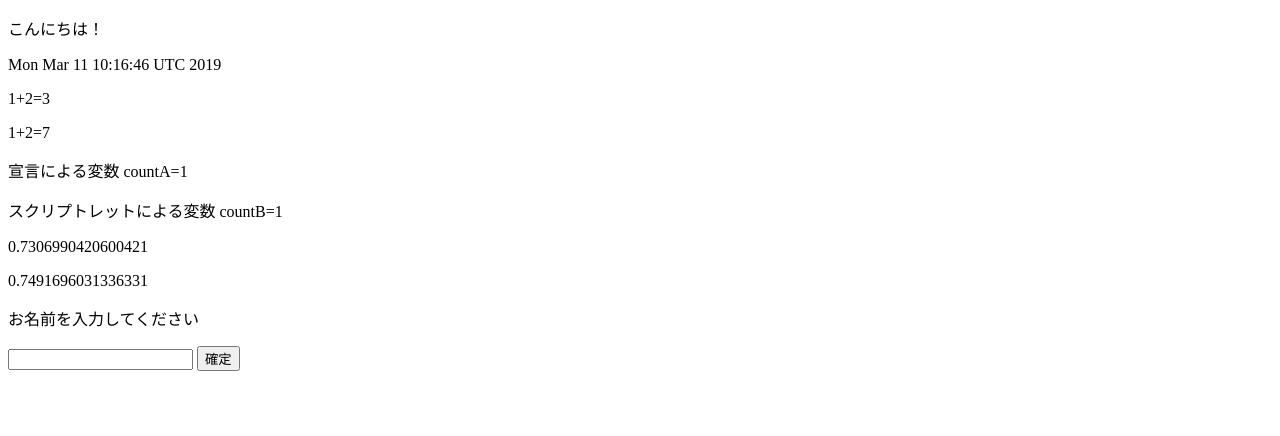
Repository: izumiisme/test
Page: http://localhost/HelloJSP/
An editor plug-in stored every save of this project. The page is shown before and after a run of saves, followed by the edit.
The browser window is 1280 px wide. The pictures show the whole page.
The page is served by Tomcat 9.

Above is the page before, as saved 2019-03-11 11:28:03.

### HelloJSP/WebContent/index.jsp
<%@ page language="java" contentType="text/html; charset=UTF-8"
    pageEncoding="UTF-8"%>
<!DOCTYPE html>
<html>
<head>
<meta charset="UTF-8">
<title>TEST</title>
</head>
<body>
<p>こんにちは！<p/>
<% out.println(new java.util.Date()); %>

<%!
static int add(int a, int b){
	return a+b;
}
	%>

<p>1+2=<%=add(1,2) %></p>
<p>1+2=<%=add(3,4) %></p>



<%! static int countA=0; %>

<%
int countB=0;
countA++;
countB++;

%>

<p>宣言による変数 countA=<%=countA %></p>
<p>スクリプトレットによる変数 countB=<%=countB %></p>



<p><% out.println(Math.random()); %></p>
<p><%=Math.random() %></p>


<p>お名前を入力してください</p>
<form method="post" action="greeting-out.jsp">
<input type="test" name="user">
<input type="submit" value="確定">
</form>
</body>
</html>

After the next 3 saves:
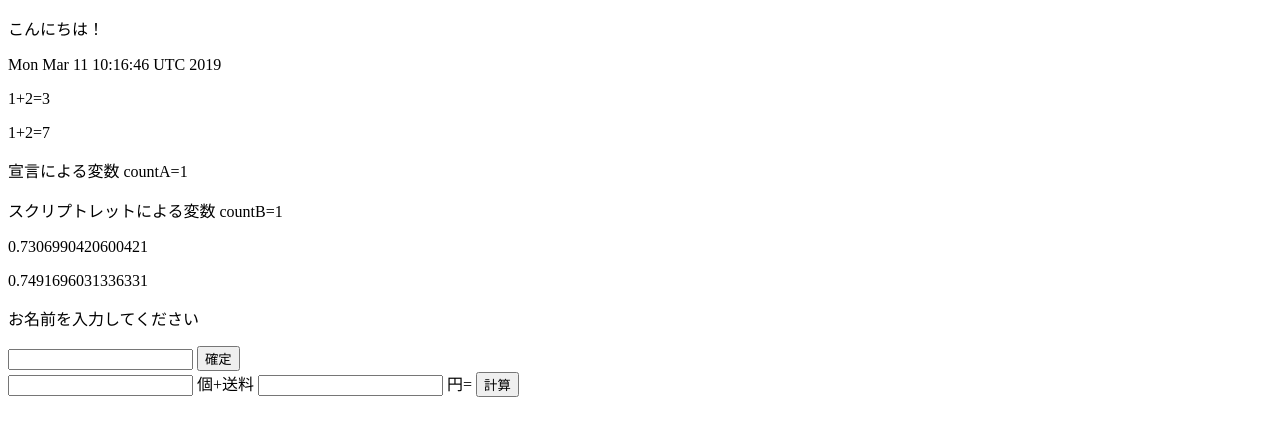
The 3 saves are shown as one change because 2 did not build or start.
The last was saved 29 min 24 s later.
--- a/HelloJSP/WebContent/index.jsp
+++ b/HelloJSP/WebContent/index.jsp
@@ -44,5 +44,16 @@
 <input type="test" name="user">
 <input type="submit" value="確定">
 </form>
+
+<form method="post" action="total-out.jsp">
+<input type="text"name="price"
+円x
+<input type="test" name="count">
+個+送料
+<input type="text" name="delivery">
+円=
+<input type="submit" value="計算">
+</form>
+
 </body>
 </html>
